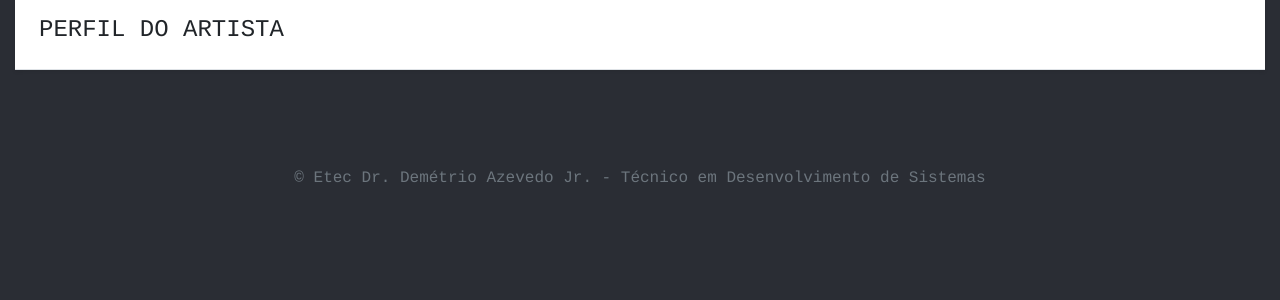
Repository: van051299/aula_20200211_crud
Page: http://localhost/perfil.php
These files come from the project's save history. The page is drawn as it stood at one moment and after the next save; the edit follows.
The browser window is 1280 px wide. The pictures show the whole page.
The page is run by PHP 8.4 with error messages shown; the project is at /var/www/html/. The session is filled in as if someone had signed in: {"login": "testuser"}. Other server files are loaded and not shown.

Above is the page before, as saved 2019-11-22 15:35:59.
Console error: TypeError: Cannot read properties of undefined (reading 'fn')

### 2511-v2.3/perfil.php
<?php
session_start();

include 'conexao.php';

if(empty($_SESSION["login"])){
	echo "<script>alert('Faça o login primeiramente!')</script>";
	header("Location:login.php");
}
?>

<!DOCTYPE html>
<html lang="pt-br">
	<head>
		<title>Perfil</title>
		<!-- Meta tags Obrigatórias -->
		<meta charset="utf-8" />
		<meta name="viewport" content="width=device-width, initial-scale=1, shrink-to-fit=no">
		<!-- Arquivo CSS Bootstrap -->
		<link rel="stylesheet" href="css/bootstrap.min.css" />
		<!-- Arquivo CSS do projeto -->
		<link rel="stylesheet" href="css/estilo.css" />
    <link rel="stylesheet" type="text/css" href="css/stylesheets.css">
		<!-- CSS interno -->
		<style>
		.container {
			max-width: 950px;

		}
		body {
			background-color: #2A2D34;
            font-family:courier,arial,helvetica;
		}
		</style>
  </head>

  <body>

    <div class="container-fluid">
        <div class="d-flex flex-column flex-md-row align-items-center p-3 px-md-4 mb-3 bg-white border-bottom shadow-sm">
            <h4>PERFIL DO ARTISTA</h4>
  	</div><!-- fim class container -->
    <footer class="my-5 pt-5 text-muted text-center text-small">
        <p class="mb-1">&copy; Etec Dr. Demétrio Azevedo Jr. - Técnico em Desenvolvimento de Sistemas</p>
      </footer>
	<!-- documentos javascript -->
	<script src="js/bootstrap.min.js"></script>
	<script src="js/jquery.min.js"></script>
	<script src="js/popper.min.js"></script>
  </body>
</html>

### 2511-v2.3/conexao.php
<?php
$servidor = "localhost";
$usuario = "root";
$senha = ""; //minas
$database = "MUSICA";

$conexao = mysqli_connect($servidor, $usuario, $senha, $database);
mysqli_set_charset($conexao, "utf8");

if(!$conexao)
	echo "Falha na conexão do Database!" . mysqli_connect_error();
else
	//echo "Conexão bem-sucedida!";

?>

### 2511-v2.3/css/estilo.css
/* documento CSS */
html,
body {
  height: 100%;
}



.lh-condensed { line-height: 1.25; }

.form-signin {
  width: 100%;
  max-width: 300px;
  padding: 15px;
  margin: auto;
  text-align:center;
}
.form-signin {
  font-weight: 400;
}
.form-signin .form-control {
  position: relative;
  box-sizing: border-box;
  height: auto;
  padding: 10px;
  font-size: 16px;
}
.form-signin .form-control:focus {
  z-index: 2;
}
.form-signin input[type="text"] {
  margin-bottom: -1px;
  border-bottom-right-radius: 0;
  border-bottom-left-radius: 0;
}
.form-signin input[type="password"] {
  margin-bottom: 10px;
  border-top-left-radius: 0;
  border-top-right-radius: 0;
}
.semcadastro {
  padding-top: 30px;
}
.semcadastro p a{
  text-decoration:none;
  font-weight:800;
}

Loaded but not shown: 2511-v2.3/css/bootstrap.min.css (library); 2511-v2.3/js/bootstrap.min.js (library); 2511-v2.3/js/jquery.min.js (library); 2511-v2.3/js/popper.min.js (library); 2511-v2.3/css/stylesheets.css (no stored copy; drawn as an empty file)

After the next save:
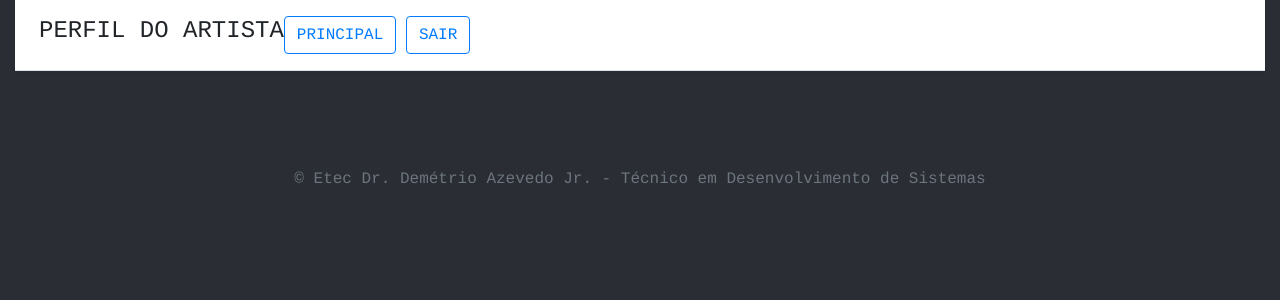
Saved 47 s later.
--- a/2511-v2.3/perfil.php
+++ b/2511-v2.3/perfil.php
@@ -39,6 +39,10 @@ if(empty($_SESSION["login"])){
     <div class="container-fluid">
         <div class="d-flex flex-column flex-md-row align-items-center p-3 px-md-4 mb-3 bg-white border-bottom shadow-sm">
             <h4>PERFIL DO ARTISTA</h4>
+            <nav class="my-2 my-md-0 mr-md-3">
+				<a class="btn btn-outline-primary" href="index.php">PRINCIPAL</a>
+				<a class="btn btn-outline-primary" href="logout.php">SAIR</a>
+      </nav>
   	</div><!-- fim class container -->
     <footer class="my-5 pt-5 text-muted text-center text-small">
         <p class="mb-1">&copy; Etec Dr. Demétrio Azevedo Jr. - Técnico em Desenvolvimento de Sistemas</p>
